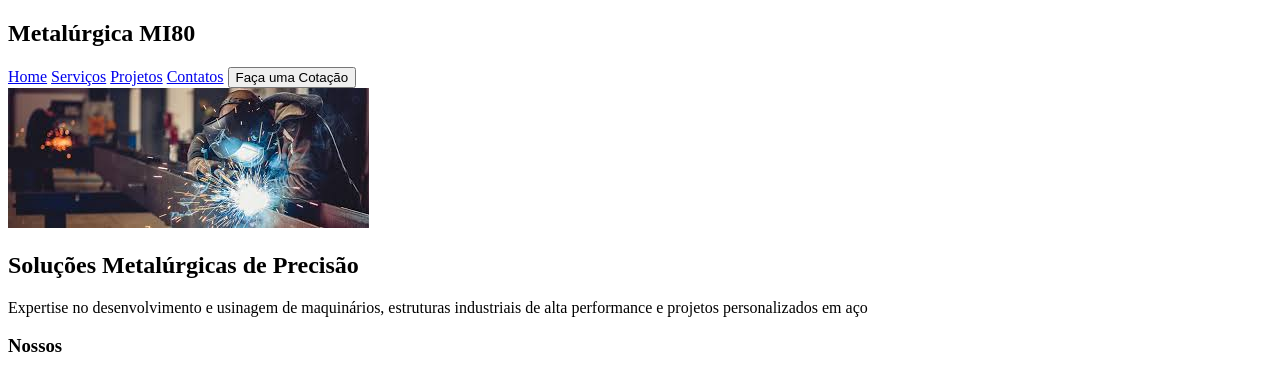
Repository: guiCherpinski/landing-page-metalurgica
Page: index.html
The author's editor kept a copy of each file at every save. The page is drawn from the files as they stood at one save, then again after a run of saves.
The browser window is 1280 px wide. The pictures show the whole page.

Above is the page before, as saved 2026-06-03 18:43:19.

### index.html
<!DOCTYPE html>
<html lang="pt-br">
<head>
    <meta charset="UTF-8">
    <meta name="viewport" content="width=device-width, initial-scale=1.0">
    <title>Metalúrgica</title>
</head>
<body>
    <header>
        <nav>
            <h1>Metalúrgica MI80</h1>

            <div class = "buttons">
                <a href="/">Home</a>
                <a href="/">Serviços</a>
                <a href="/">Projetos</a>
                <a href="/">Contatos</a>
                <button>Faça uma Cotação</button>
            </div>
        </nav>
    </header>

    <section class = "hero-section">
        <img src="./img/soldador.png" alt="Foto de um Soldador">
        <div class = "textHero">
            <h2>Soluções Metalúrgicas de Precisão</h2>
            <p>Expertise no desenvolvimento e usinagem de maquinários, estruturas industriais de alta performance e projetos personalizados em aço</p>
        </div>
    </section>

    <section class = "our-process">

        <h3>Nossos</h3>
        <article class = "benefits">

        </article>

        <article class = "process">

        </article>

        <article class = "certificates">

        </article>
    </section>

    <section class = "last-projects">

    </section>

    <section class = "certificates">

    </section>


    <footer class = "rodape">

    </footer>


</body>
</html>

After the next 4 saves:
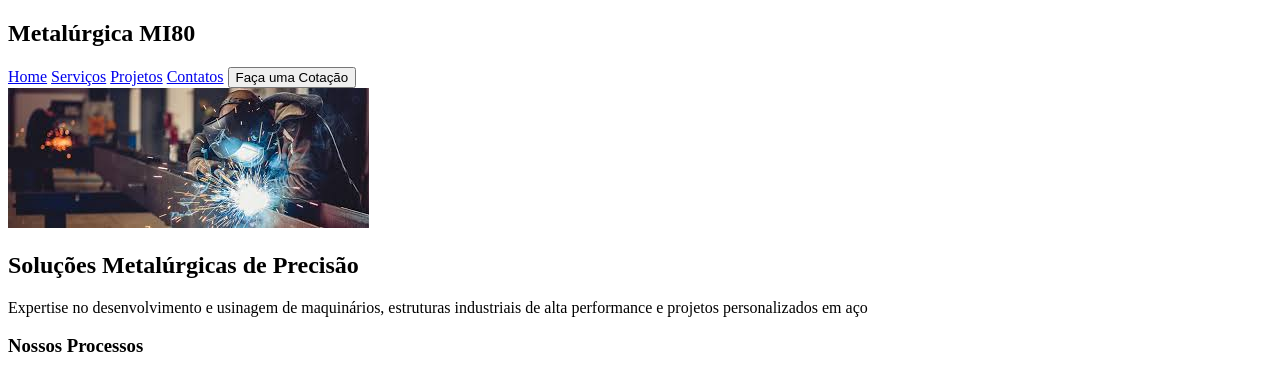
The 4 saves are shown as one change because they came seconds apart.
The last was saved 10 s later.
--- a/index.html
+++ b/index.html
@@ -30,7 +30,13 @@
 
     <section class = "our-process">
 
-        <h3>Nossos</h3>
+        <h3>Nossos Processos</h3>
+
+        <p></p>
+
+        <p></p>
+
+
         <article class = "benefits">
 
         </article>
